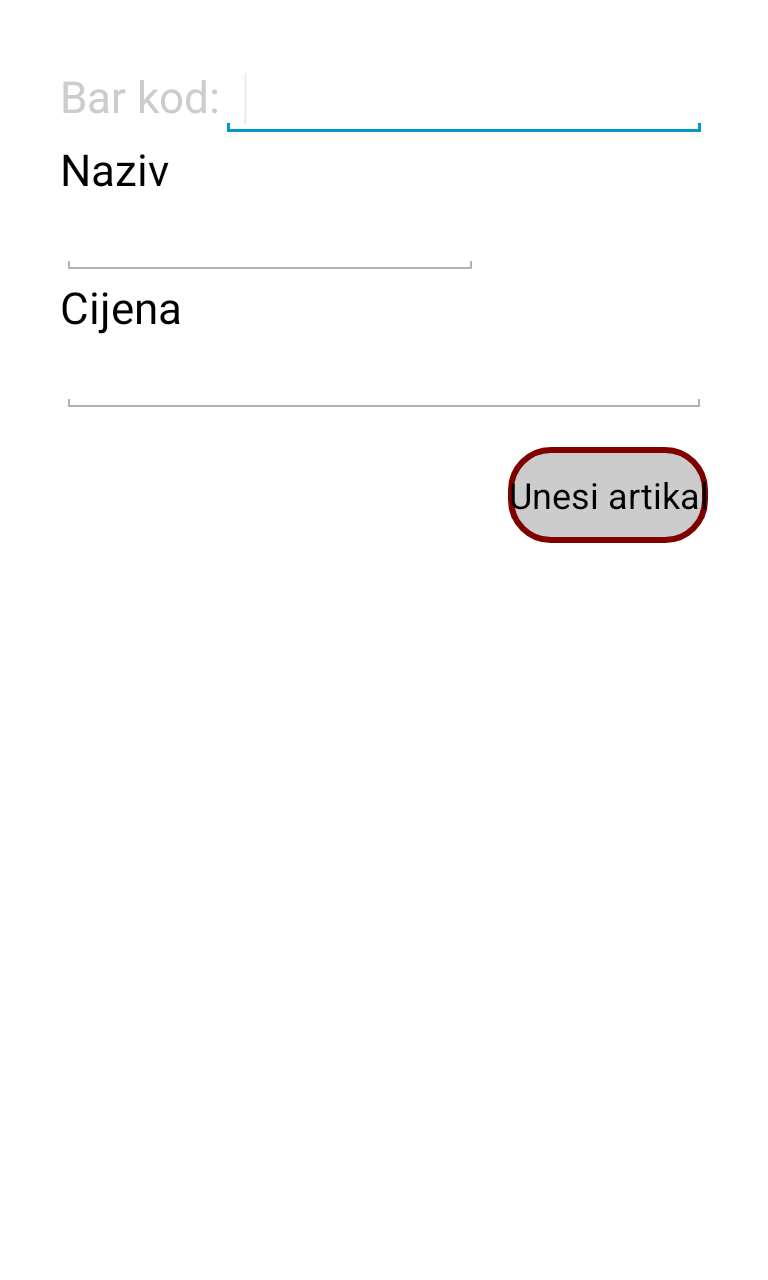
Repository: dzenisahusic/AndroidApp
Layout: Edit2014Sales/res/layout/fragment_unosartikla.xml
These files come from the project's save history. The layout is drawn as it stood at one moment and after the next save; the edit follows.
It is drawn on a 768 x 1280 px phone screen (xhdpi) without system bars, with theme AppTheme; the app's code is not run.

Above is the layout before, as saved 2014-07-15 18:16:38.

After the next save:
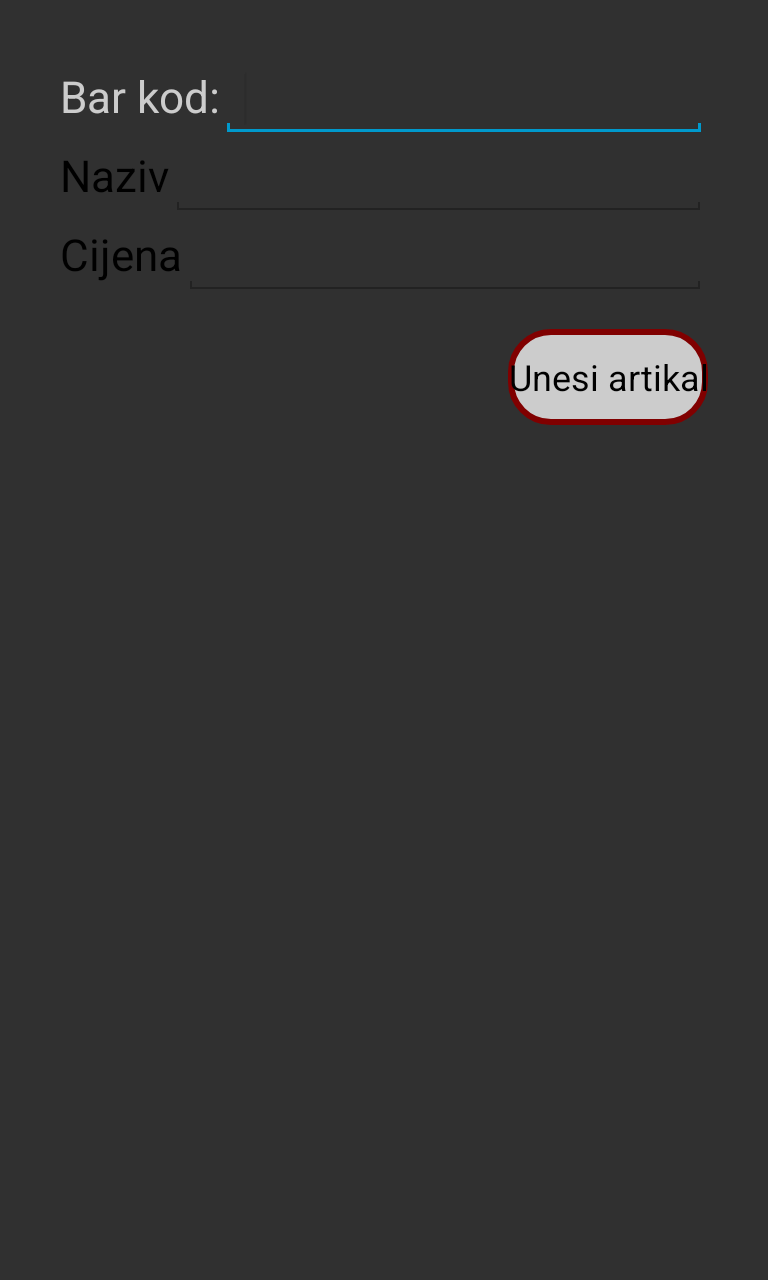
Saved 2 min 20 s later.
--- a/Edit2014Sales/res/layout/fragment_unosartikla.xml
+++ b/Edit2014Sales/res/layout/fragment_unosartikla.xml
@@ -3,6 +3,7 @@
     android:layout_width="match_parent"
     android:layout_height="match_parent"
     tools:context="${relativePackage}.${activityClass}"
+    android:background="#303030"
 
     >
 
@@ -46,7 +47,7 @@
         android:layout_below="@+id/linearLayout2"
         android:layout_marginLeft="30dip"
         android:layout_marginRight="30dip"
-        android:orientation="vertical" >
+        android:orientation="horizontal"  >
 
         <TextView
             android:id="@+id/textView3"
@@ -69,7 +70,7 @@
         android:layout_height="wrap_content"
         android:layout_alignParentLeft="true"
         android:layout_below="@+id/linearLayout1"
-        android:orientation="vertical"
+        android:orientation="horizontal"
         android:layout_marginRight="30dip"
         android:layout_marginLeft="30dip" >
 
